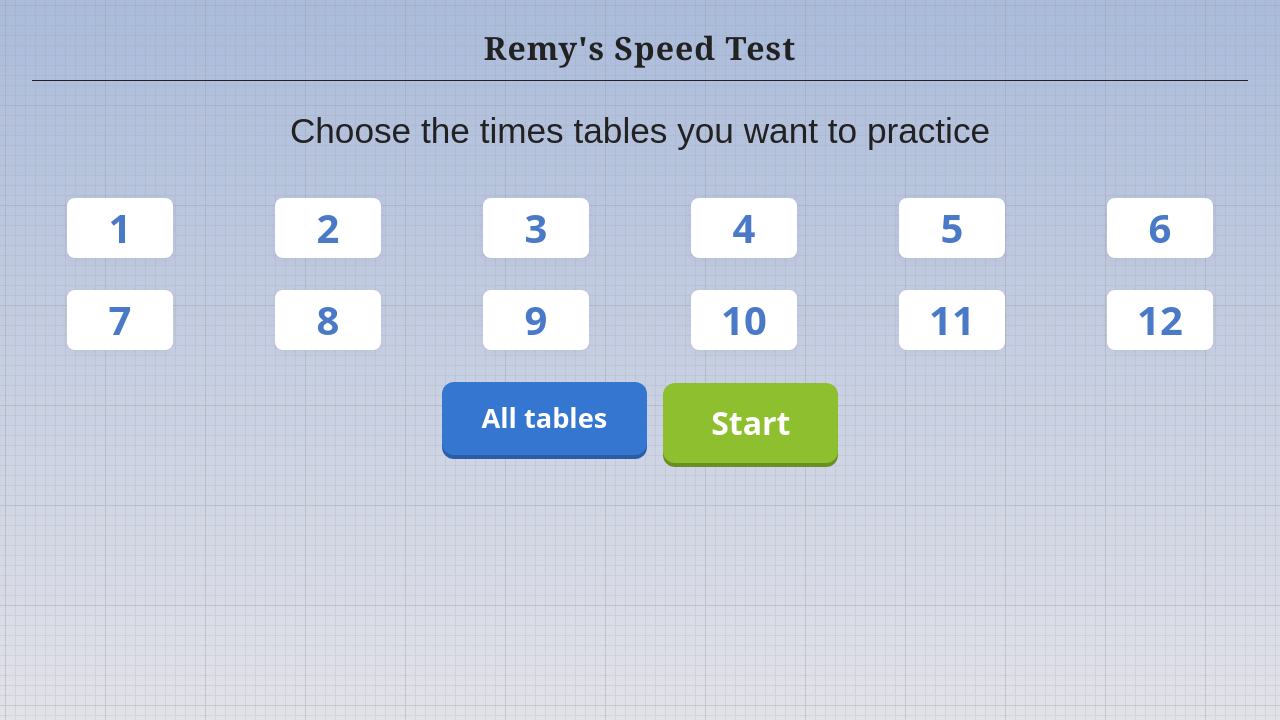
Repository: Chinurum-Omenuko/remys-speed-test
Page: / (app in app/)
An editor plug-in stored every save of this project. The page is shown before and after the next save, followed by the edit.
The browser window is 1280 px wide. The pictures show the whole page.
The project was rebuilt for these pictures with package versions that can differ from the ones it lists, and the page was loaded fresh each time. The framework's server and built-in components were replaced by stand-ins that run in the browser. Also part of the build but not shown: app/svelte.config.js, app/vite.config.ts.

Above is the page before, as saved 2025-11-17 13:28:13.

### app/src/routes/+page.svelte

<script lang="ts">
	import { goto } from "$app/navigation";
	import { GameStore } from "../stores/gameStore.svelte";

	let store = GameStore;
	let chosenTables = store.getTables()
	const tables = Array.from({ length: 12 }, (_, i) => i + 1);

	function selectTable(table: number) {
		store.addTables(table)
	}

	function allTables(){
		tables.forEach(table => {
			let index = chosenTables.indexOf(table)
			if(!chosenTables.includes(table)){
				selectTable(table)
				return
			}
			chosenTables.splice(index, 1)
		});
	}


	function start() {
		store.generateQuestions(chosenTables)
		goto("/test")
	}



	function lastResults() {
		alert('Show last results');
	}
</script>
<div class="landing-bg">
	<div style="padding: 1.5rem 2rem 0 2rem;">
		<h1 class="title">Remy's Speed Test</h1>
		<div class="dotted"></div>
		<h2 class="subtitle">Choose the times tables you want to practice</h2>
		<div class="content">
			<div class="tables-grid">
				{#each tables as table}
					<button
						type="button"
						class="table-btn {chosenTables.includes(table) ? 'selected' : ''}"
						on:click={() => {

							selectTable(table)
							}}
						aria-pressed={chosenTables[table] === table}
					>
						{table}
					</button>
				{/each}
			</div>
			<div class="actions">
				<div class="left-actions">
					{#if chosenTables.length == 12}
						<button class="blue-btn" on:click={allTables}>Deselect All Tables</button>
					{:else}
						<button class="blue-btn" on:click={allTables}>All tables</button>
					{/if}
				</div>
				<button class="green-btn" on:click={start}>Start</button>
			</div>
		</div>
	</div>
</div>

<style>
	.landing-bg {


		background-image:url("data:[embedded picture, 1695 characters]"), linear-gradient(180deg, #aabbdb, #e2e2e9);
		min-height: 100vh;
		max-width: 100vw;
		padding: 0;
		margin: 0;
	}
	.title {
		font-size: 2rem;
		font-weight: 700;
		margin: 0 0 0.5rem 0;
		letter-spacing: 1px;
		color: #222;
		font-family: Georgia, 'Times New Roman', Times, serif;
		text-align: center;
	}
	.dotted {
		border-bottom: 1px solid #222;
		margin-bottom: 1.5rem;
	}
	.subtitle {
		font-size: 2.2rem;
		font-weight: 100;
		margin-bottom: 2.5rem;
		text-align: center;
		color: #222;
		font-family: Arial, Helvetica, sans-serif;
	}

	.content{
		display: flex;
		flex-direction: column;
		/* border: solid 2px red; */
		justify-content: start;
		align-items: center;
		max-width: 100vw;
		min-height: 50vh;
	}
	.tables-grid {
		display: grid;
		grid-template-columns: repeat(6, 1fr);
		gap: 2rem;
		/* border: solid 2px green; */
		width: 100%;
	}
	.table-btn {
		background: #fff;
		border-radius: 8px;
		font-size: 2.5rem;
		font-weight: 700;
		color: #4a7ac7;
		width: 60%;
		height: 100%;
		display: flex;
		align-items: center;
		justify-content: center;
		cursor: pointer;
		transition: box-shadow 0.2s, border 0.2s;
		margin: 0 auto;
		box-shadow: 0 2px 8px rgba(0,0,0,0.04);
	}
	.table-btn.selected {
		border: 3px solid #2e5eaa;
		background: #eaf1ff;
		color: #2e5eaa;
	}
	.actions {
		display: flex;
		justify-content: space-between;
		align-items: flex-end;
		max-width: 1200px;
		margin: 2rem auto 0 auto;
	}
	.left-actions {
		display: flex;
		flex-direction: column;
		gap: 1.2rem;
	}
	.blue-btn {
		background:  #3576d1;
		color: #fff;
		font-size: 1.7rem;
		font-weight: 600;
		border: none;
		border-radius: 12px;
		padding: 1rem 2.5rem;
		box-shadow: 0 4px 0 #2b5ca7;
		cursor: pointer;
		margin-bottom: 0.5rem;
		transition: background 0.2s;
	}
	.blue-btn:active {
		background: #3576d1;
	}
	.green-btn {
		background: #8dbf2e;
		color: #fff;
		font-size: 2rem;
		font-weight: 700;
		border: none;
		border-radius: 12px;
		padding: 1rem 3rem;
		box-shadow: 0 4px 0 #6b8e23;
		cursor: pointer;
		margin-left: 1rem;
		transition: background 0.2s;
	}
	.green-btn:active {
		background: #8dbf2e;
	}

	/* 640px: small tablet */
	/* @media (min-width: 640px) {
		.tables-grid {
			grid-template-columns: repeat(3, 1fr);
			border: red;
		}
		.table-btn {
			width: 100px;
			height: 80px;
			font-size: 1.5rem;
		}
		.actions {
			flex-direction: column;
			align-items: stretch;
			gap: 2rem;
		}
	}

	/* 768px: tablet portrait */
	/* @media (min-width: 768px) {
		.tables-grid {
			grid-template-columns: repeat(3, 1fr);
			border: red;
		}
		.table-btn {
			width: 100px;
			height: 80px;
			font-size: 1.5rem;
		}
		.actions {
			flex-direction: column;
			align-items: stretch;
			gap: 2rem;
		}
	} */

	/* 1024px: tablet landscape / small laptop */
	/* @media (min-width: 1024px) {
		.tables-grid {
			grid-template-columns: repeat(4, 1fr);
		}
		.table-btn {
			width: 140px;
			height: 110px;
			font-size: 2rem;
		}
		.actions {
			flex-direction: row;
			align-items: center;
			gap: 1rem;
		}
	} */

	/* @media (min-width: 1200px) and (max-height: 700px) {

	} */


	/* 1280px: laptop */
	/* @media (min-width: 1280px) {} */

	/* 1536px: large desktop */
	/* @media (min-width: 1536px) {} */




</style>

### app/src/stores/gameStore.svelte.ts
import { writable } from "svelte/store";
import { createQuestions } from "../utils/gameUtils";

function createGameStore(){
    let allQuestions = $state<any[]>([])
    let selectedTables: number[] = $state([])


    return{
        selectedTables,
        get allQuestions(){
            return allQuestions;
        },
        clearSelectedTables: () => {
            selectedTables = []
        },
        getTables: () => selectedTables,
        addTables: (table: number) => {
            let index = selectedTables.indexOf(table)

            if(!selectedTables.includes(table)){
                selectedTables.push(table)
                return
            }

            selectedTables.splice(index,1)

        },
        generateQuestions: (table: number[]) => {
            let questions = createQuestions(table)

            let flat = Object.values(questions).flat();
            allQuestions = [...allQuestions, ...flat];


        },

        removeQuestions: () => allQuestions = []
    }
}

export const GameStore = createGameStore()

### app/src/utils/gameUtils.ts
function makeQuestionObject(table: number){
    let questionsObjectArray = []
    for (let i = 1; i <= 12; i++){
        let question = {
            id: table + '-' + i,
            table: table,
            multiplier: i,
            question: `${table} x ${i}`,
            answer: table * i
        };
        questionsObjectArray.push(question);
    }
    return questionsObjectArray;
}

export function createQuestions(timeTable: number[]){
    let questions = {};

    timeTable.forEach(table => {
        let objectArray = makeQuestionObject(table)
        questions[table] = objectArray
    });
    return questions
}

Loaded but not shown: app/src/app.html (common file); app/src/routes/+layout.svelte (common file); app/src/app.css (common file)

After the next save:
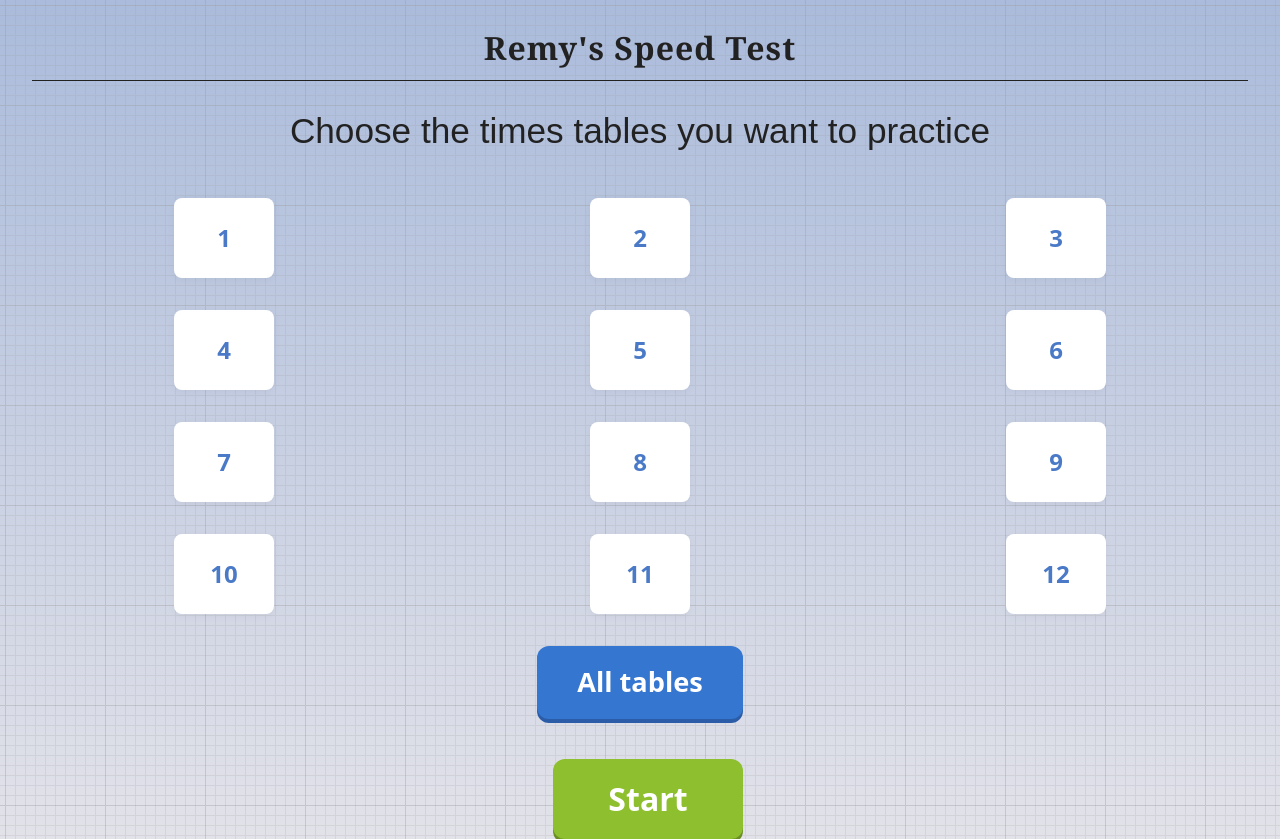
Saved 69 s later.
--- a/app/src/routes/+page.svelte
+++ b/app/src/routes/+page.svelte
@@ -184,7 +184,7 @@
 	}
 
 	/* 640px: small tablet */
-	/* @media (min-width: 640px) {
+	@media (min-width: 640px) {
 		.tables-grid {
 			grid-template-columns: repeat(3, 1fr);
 			border: red;
